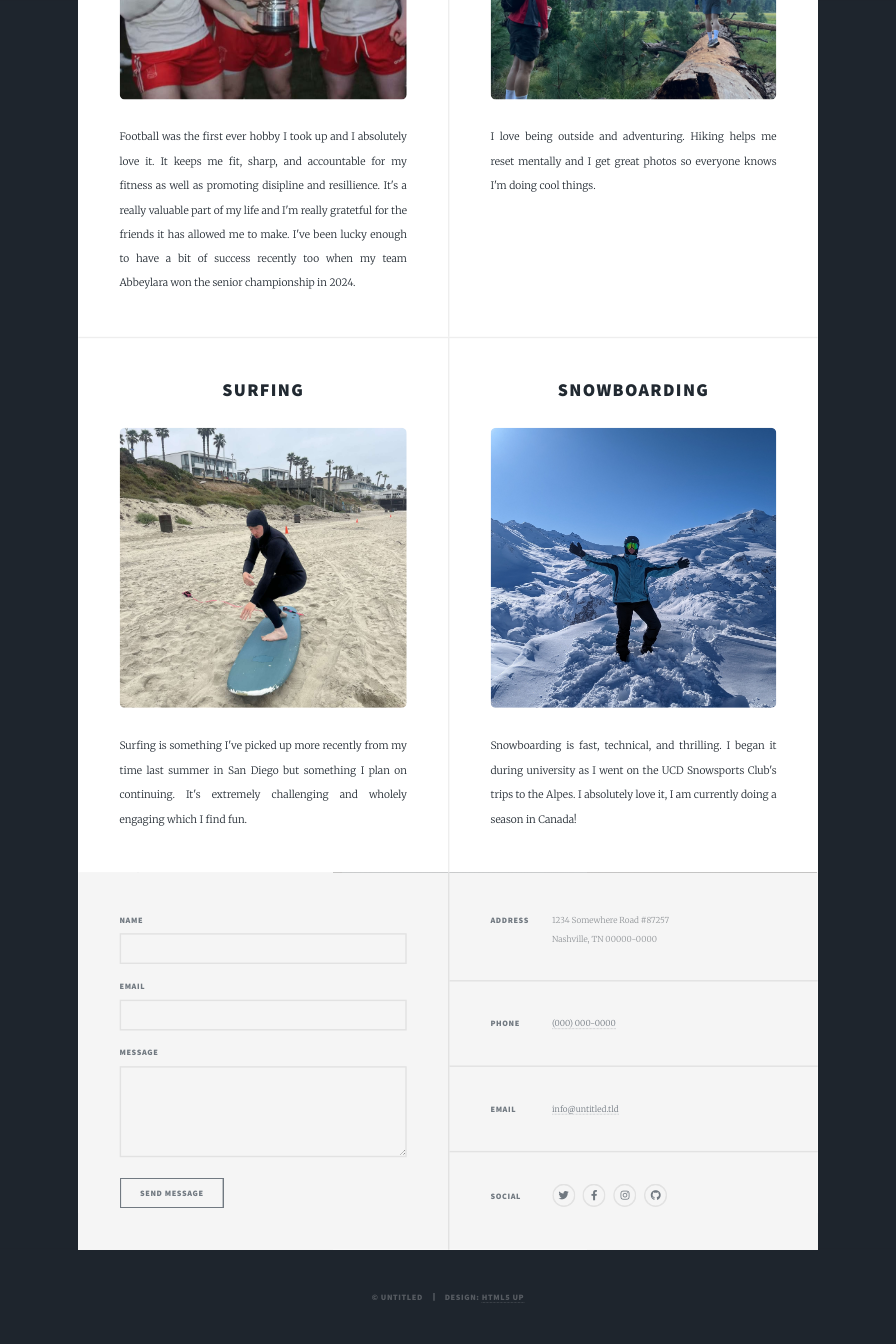
Repository: ciaranscan6/PersonalWebsite
Page: hobbies-and-ach.html
The author's editor kept a copy of each file at every save. The page is drawn from the files as they stood at one save, then again after the next save.
The browser window is 1280 px wide. The pictures show the part of the page from y = 2553 to 4473 px (the page is 4473 px tall), at 70% of full size.

Above is the page before, as saved 2025-11-22 05:35:23.

### hobbies-and-ach.html
<!DOCTYPE HTML>
<!--
	Massively by HTML5 UP
	html5up.net | @ajlkn
	Free for personal and commercial use under the CCA 3.0 license (html5up.net/license)
-->
<html>
	<head>
		<title>Elements Reference - Massively by HTML5 UP</title>
		<meta charset="utf-8" />
		<meta name="viewport" content="width=device-width, initial-scale=1, user-scalable=no" />
		<link rel="stylesheet" href="assets/css/main.css" />
		<noscript><link rel="stylesheet" href="assets/css/noscript.css" /></noscript>
	</head>
	<body class="is-preload">

		<!-- Wrapper -->
			<div id="wrapper">

				<!-- Header -->
					<header id="header">
						<a href="index.html" class="logo">Ciarán Scanlon</a>
					</header>

				<!-- Nav -->
					<nav id="nav">
						<ul class="links">
							<li><a href="index.html">Projects</a></li>
							<li><a href="about-me.html">About Me</a></li>
							<li class="active"><a href="hobbies-and-ach.html">Hobbies and Achievements</a></li>
						</ul>
						<ul class="icons">
							<li><a href="#" class="icon brands fa-linkedin"><span class="label">LinkedIn</span></a></li>
							<li><a href="#" class="icon brands fa-instagram"><span class="label">Instagram</span></a></li>
							<li><a href="#" class="icon brands fa-github"><span class="label">GitHub</span></a></li>
						</ul>
					</nav>

				<!-- Main -->
					<div id="main">

						<!-- Post -->
							<section class="post featured">
								<header class="major">
									<h1>Some of my Achievements and Hobbies</h1>
								</header>
								<p>
									A bit of a braggy section, but this is some of my recent achievements and how I keep myself busy (hobbies)
								</p>
							</section>

								<div class="split-section">
									<div class="text">
										<header>
											<h2>Naughton Scholarship</h2>
											<p>I received an academic scholarship worth €22,000</p>
										</header>
										<p>
											I was one of 34 students in the country to receive the scholarship based on academic
											and extracurricular achievements upon entering university. The scholarship is chosen
											primarily on results in STEM subjects as well as extracurricular participation. It was
											a great privilege and something I’m really proud of, and the annual trips each year
											gave me the opportunity to meet some amazing and talented people.
										</p>
									</div>

									<img src="images/Naughton.jpg" alt="Naughton Scholarship Photo">
								</div>

								<div class="split-section">
									<div class="text">
										<header>
											<h2>Graduating from Harvard! (Online Business School)</h2>
											<p>I passed with honours from a business course ran by Harvard</p>
										</header>
										<p>
											While on internship in 2024, I also participated in a course run by Harvard’s Online
											School of Business. I passed this course with honours — something I am very proud of.
											The course took substantial effort but was definitely worth it. I am now far better
											versed in business concepts and gained insight into how computing integrates into areas
											such as Economics for Managers, Financial Accounting, and Business Analytics.
										</p>
									</div>

									<div class="pdf-preview">
										<iframe src="files/Harvard_Certificate.pdf#toolbar=0&navpanes=0&scrollbar=0"></iframe>
									</div>
								</div>

								<div class="split-section">
									<div class="text">
										<header>
											<h2>Getting a paper published</h2>
											<p>I co-authored a paper written based on my final year project</p>
										</header>
										<p>
											In the projects section I have the project linked where more information can be found but it is one of my proudest academic achievements and I wanted to mention it here too hehe. "
										</p>

										<ul class="actions special">
											<li>
												<a href="files\Academic_Paper.pdf" target="_blank" class="button icon solid fa-download">
													View the Paper
												</a>
											</li>
										</ul>
									</div>

									<div class="pdf-preview">
										<iframe src="files/Academic_Paper.pdf#toolbar=0&navpanes=0&scrollbar=0"></iframe>
									</div>


								</div>

							<h2 class="centered">Active Hobbies</h2>
							<section class="posts">
									<article>
										<header>
											<h2><a href="#">Gaelic Football</a></h2>
										</header>

										<a href="#" class="image fit">
											<img id="hobby-rotator-gaelic" src="images/hobbies/gaelic1.png" alt="Gaelic football" />
										</a>

										<p>
											Football was the first ever hobby I took up and I absolutely love it. It keeps me fit, sharp, and accountable for my fitness as well as promoting disipline and resillience. It's a really valuable part of my life and I'm really gratetful for the friends it has allowed me to make. I've been lucky enough to have a bit of success recently too when my team Abbeylara won the senior championship in 2024.
										</p>
									</article>


									<article>
										<header>
											<h2><a href="#">Hiking</a></h2>
										</header>

										<a href="#" class="image fit">
											<img id="hobby-rotator-hiking" src="images/hobbies/hiking1.jpg" alt="Hiking" />
										</a>

										<p>
											I love being outside and adventuring. Hiking helps me reset mentally and I get great photos so everyone knows I'm doing cool things.
										</p>
									</article>



									<article>
										<header>
											<h2><a href="#">Surfing</a></h2>
										</header>

										<a href="#" class="image fit">
											<img id="hobby-rotator-surfing" src="images/hobbies/surf1.jpg" alt="Surfing" />
										</a>

										<p>
											Surfing is something I've picked up more recently from my time last summer in San Diego but something I plan on continuing. It's extremely challenging and wholely engaging which I find fun.
										</p>
									</article>



									<article>
										<header>
											<h2><a href="#">Snowboarding</a></h2>
										</header>

										<a href="#" class="image fit">
											<img id="hobby-rotator-snow" src="images/hobbies/snow1.jpg" alt="Snowboarding" />
										</a>

										<p>
											Snowboarding is fast, technical, and thrilling. I began it during university as I went on the UCD Snowsports Club's trips to the Alpes. I absolutely love it, I am currently doing a season in Canada!
										</p>
									</article>



							</section>

					</div>

				<!-- Footer -->
					<footer id="footer">
						<section>
							<form method="post" action="#">
								<div class="fields">
									<div class="field">
										<label for="name">Name</label>
										<input type="text" name="name" id="name" />
									</div>
									<div class="field">
										<label for="email">Email</label>
										<input type="text" name="email" id="email" />
									</div>
									<div class="field">
										<label for="message">Message</label>
										<textarea name="message" id="message" rows="3"></textarea>
									</div>
								</div>
								<ul class="actions">
									<li><input type="submit" value="Send Message" /></li>
								</ul>
							</form>
						</section>
						<section class="split contact">
							<section class="alt">
								<h3>Address</h3>
								<p>1234 Somewhere Road #87257<br />
								Nashville, TN 00000-0000</p>
							</section>
							<section>
								<h3>Phone</h3>
								<p><a href="#">(000) 000-0000</a></p>
							</section>
							<section>
								<h3>Email</h3>
								<p><a href="#">info@untitled.tld</a></p>
							</section>
							<section>
								<h3>Social</h3>
								<ul class="icons alt">
									<li><a href="#" class="icon brands alt fa-twitter"><span class="label">Twitter</span></a></li>
									<li><a href="#" class="icon brands alt fa-facebook-f"><span class="label">Facebook</span></a></li>
									<li><a href="#" class="icon brands alt fa-instagram"><span class="label">Instagram</span></a></li>
									<li><a href="#" class="icon brands alt fa-github"><span class="label">GitHub</span></a></li>
								</ul>
							</section>
						</section>
					</footer>

				<!-- Copyright -->
					<div id="copyright">
						<ul><li>&copy; Untitled</li><li>Design: <a href="https://html5up.net">HTML5 UP</a></li></ul>
					</div>

			</div>

		<!-- Scripts -->
			<script src="assets/js/jquery.min.js"></script>
			<script src="assets/js/jquery.scrollex.min.js"></script>
			<script src="assets/js/jquery.scrolly.min.js"></script>
			<script src="assets/js/browser.min.js"></script>
			<script src="assets/js/breakpoints.min.js"></script>
			<script src="assets/js/util.js"></script>
			<script src="assets/js/main.js"></script>

			<script>
				document.addEventListener('DOMContentLoaded', function () {

					const rotators = [
						{
							id: 'hobby-rotator-gaelic',
							images: ['images/hobbies/gaelic1.png', 'images/hobbies/gaelic2.jpg']
						},
						{
							id: 'hobby-rotator-hiking',
							images: ['images/hobbies/hiking1.jpg', 'images/hobbies/hiking2.jpg', 'images/hobbies/hiking3.jpg']
						},
						{
							id: 'hobby-rotator-surfing',
							images: ['images/hobbies/surf1.jpg', 'images/hobbies/surf2.jpg']
						},
						{
							id: 'hobby-rotator-snow',
							images: ['images/hobbies/snow1.jpg', 'images/hobbies/snow2.jpg']
						}
					];

					rotators.forEach(rot => {
						const el = document.getElementById(rot.id);
						if (!el) return;

						let current = 0;

						function rotate() {
							el.classList.add('fade-out');

							setTimeout(() => {
								current = (current + 1) % rot.images.length;
								el.src = rot.images[current];
								el.classList.remove('fade-out');
							}, 400);
						}

						setInterval(rotate, 5000);
					});
				});
			</script>
	</body>
</html>

Loaded but not shown: assets/css/fontawesome-all.min.css (library); assets/js/jquery.min.js (library); assets/js/jquery.scrollex.min.js (common file); assets/js/jquery.scrolly.min.js (common file); assets/js/browser.min.js (common file); assets/js/breakpoints.min.js (common file); assets/js/util.js (587 lines, source omitted); assets/js/main.js (258 lines, source omitted); assets/css/main.css (4760 lines, source omitted)

After the next save:
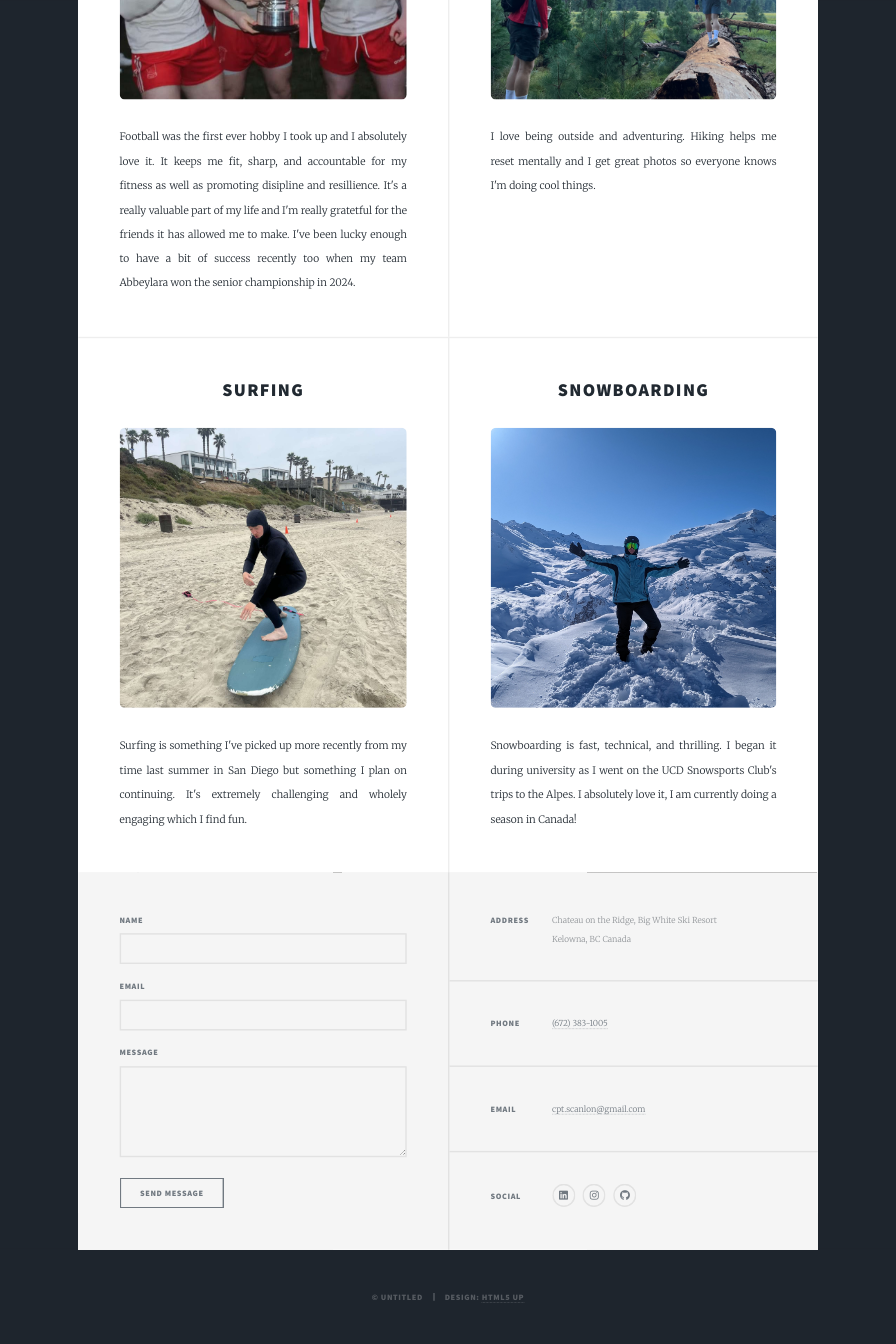
Saved 71 s later.
--- a/hobbies-and-ach.html
+++ b/hobbies-and-ach.html
@@ -185,45 +185,48 @@
 				<!-- Footer -->
 					<footer id="footer">
 						<section>
-							<form method="post" action="#">
+							<form method="post" action="https://formspree.io/f/xwpzvnny">
 								<div class="fields">
 									<div class="field">
 										<label for="name">Name</label>
-										<input type="text" name="name" id="name" />
+										<input type="text" name="name" id="name" required />
 									</div>
 									<div class="field">
 										<label for="email">Email</label>
-										<input type="text" name="email" id="email" />
+										<input type="email" name="email" id="email" required />
 									</div>
 									<div class="field">
 										<label for="message">Message</label>
-										<textarea name="message" id="message" rows="3"></textarea>
-									</div>
-								</div>
+										<textarea name="message" id="message" rows="3" required></textarea>
+									</div>
+								</div>
+
+								<input type="hidden" name="_subject" value="New Message From Portfolio Site">
+
 								<ul class="actions">
 									<li><input type="submit" value="Send Message" /></li>
 								</ul>
 							</form>
 						</section>
+
 						<section class="split contact">
 							<section class="alt">
 								<h3>Address</h3>
-								<p>1234 Somewhere Road #87257<br />
-								Nashville, TN 00000-0000</p>
+								<p>Chateau on the Ridge, Big White Ski Resort<br />
+								Kelowna, BC Canada</p>
 							</section>
 							<section>
 								<h3>Phone</h3>
-								<p><a href="#">(000) 000-0000</a></p>
+								<p><a href="#">(672) 383-1005</a></p>
 							</section>
 							<section>
 								<h3>Email</h3>
-								<p><a href="#">info@untitled.tld</a></p>
+								<p><a href="#">cpt.scanlon@gmail.com</a></p>
 							</section>
 							<section>
 								<h3>Social</h3>
 								<ul class="icons alt">
-									<li><a href="#" class="icon brands alt fa-twitter"><span class="label">Twitter</span></a></li>
-									<li><a href="#" class="icon brands alt fa-facebook-f"><span class="label">Facebook</span></a></li>
+									<li><a href="#" class="icon brands alt fa-linkedin"><span class="label">LinkedIn</span></a></li>
 									<li><a href="#" class="icon brands alt fa-instagram"><span class="label">Instagram</span></a></li>
 									<li><a href="#" class="icon brands alt fa-github"><span class="label">GitHub</span></a></li>
 								</ul>
